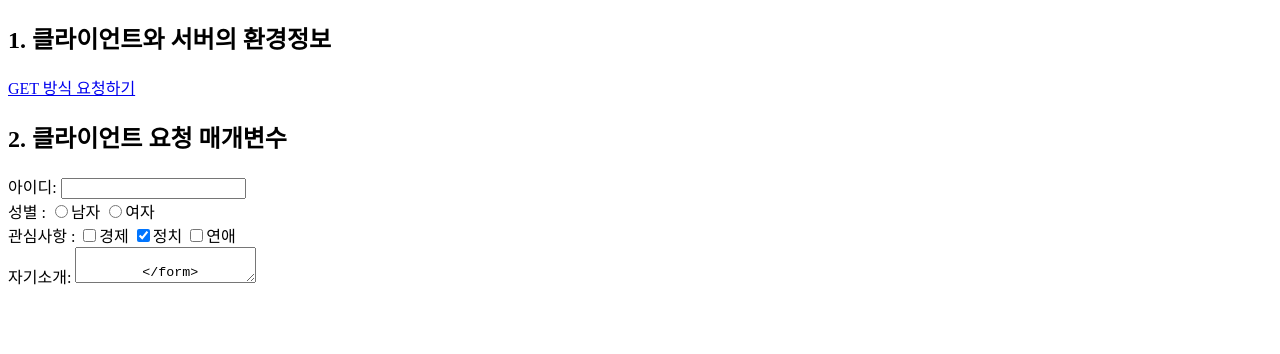
Repository: parkblacksheep/JSP-Servlet
Page: http://localhost/HelloJSP2_2/object/requestMain.jsp
The author's editor kept a copy of each file at every save. The page is drawn from the files as they stood at one save, then again after the next save.
The browser window is 1280 px wide. The pictures show the whole page.
The page is served by Tomcat 9.

Above is the page before, as saved 2024-07-25 02:23:09.

### HelloJSP2_2/src/main/webapp/object/requestMain.jsp
<%@ page language="java" contentType="text/html; charset=UTF-8"
    pageEncoding="UTF-8"%>
<!DOCTYPE html>
<html>
<head>
<meta charset="UTF-8">
<title>Insert title here</title>
</head>
<body>
	<h2>1. 클라이언트와 서버의 환경정보 </h2>
	<a href="./requestWebInfo.jsp?eng=Hello&han=안녕"> GET 방식 요청하기</a>
	<br/>
	<form action="requestWebInfo.jsp" method="post">

	</form>
	<h2>2. 클라이언트  요청 매개변수 </h2>
	<form action="post" action="requestParameter.jsp">
		아이디: <input type="text" name="id" value=""><br>
		성별 :
			<input type="radio"name="sex" value="man">남자
			<input type="radio"name="sex" value="waman">여자
			<br>
		관심사항 :
			<input type="checkbox" name="favo" value="eco">경제
			<input type="checkbox" name="favo" value="pol" checked>정치
			<input type="checkbox" name="favo" value="ent">연애 <br>
		자기소개:
			<textarea rows="submit" value="전송하기"/>
	</form>
</body>
</html>

After the next save:
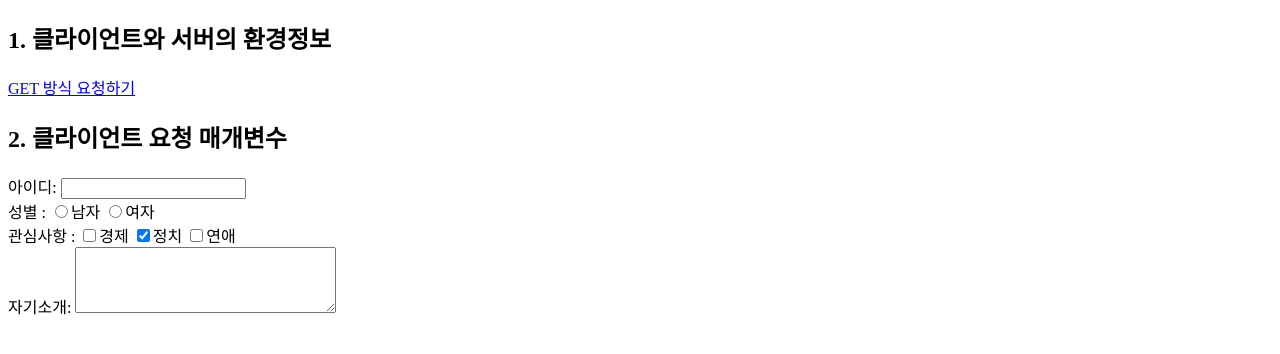
Saved 38 s later.
--- a/HelloJSP2_2/src/main/webapp/object/requestMain.jsp
+++ b/HelloJSP2_2/src/main/webapp/object/requestMain.jsp
@@ -25,7 +25,7 @@
 			<input type="checkbox" name="favo" value="pol" checked>정치
 			<input type="checkbox" name="favo" value="ent">연애 <br>
 		자기소개:
-			<textarea rows="submit" value="전송하기"/>
+			<textarea rows="4" cols="30" name="intro"></textarea>
 	</form>
 </body>
 </html>
